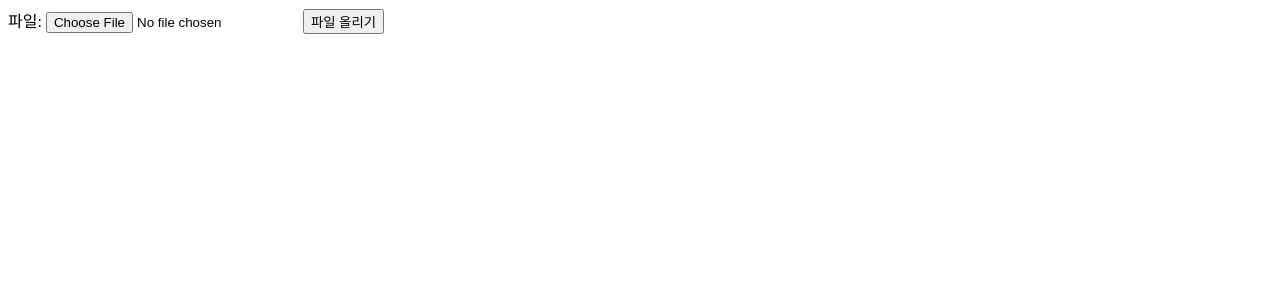
Repository: LeeKukJu/JSP-Study
Page: http://localhost/JSPBookExcercise/ch07/fileupload02.jsp
An editor plug-in stored every save of this project. The page is shown before and after the next save, followed by the edit.
The browser window is 1280 px wide. The pictures show the whole page.
The page is served by Tomcat 9.

Above is the page before, as saved 2023-01-30 11:26:03.

After the next save:
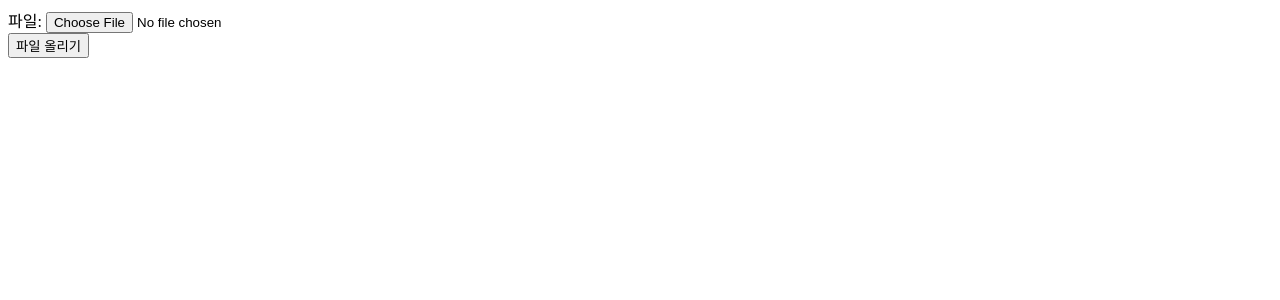
Saved 10 s later.
--- a/JSPBookExcercise/WebContent/ch07/fileupload02.jsp
+++ b/JSPBookExcercise/WebContent/ch07/fileupload02.jsp
@@ -8,7 +8,7 @@
 </head>
 <body>
 	<form action="fileupload02_process.jsp" method="post" enctype="multipart/form-data">
-		파일: <input type="file" name="filename">
+		파일: <input type="file" name="filename"><br>
 		<input type="submit" value="파일 올리기">
 	</form>
 </body>
